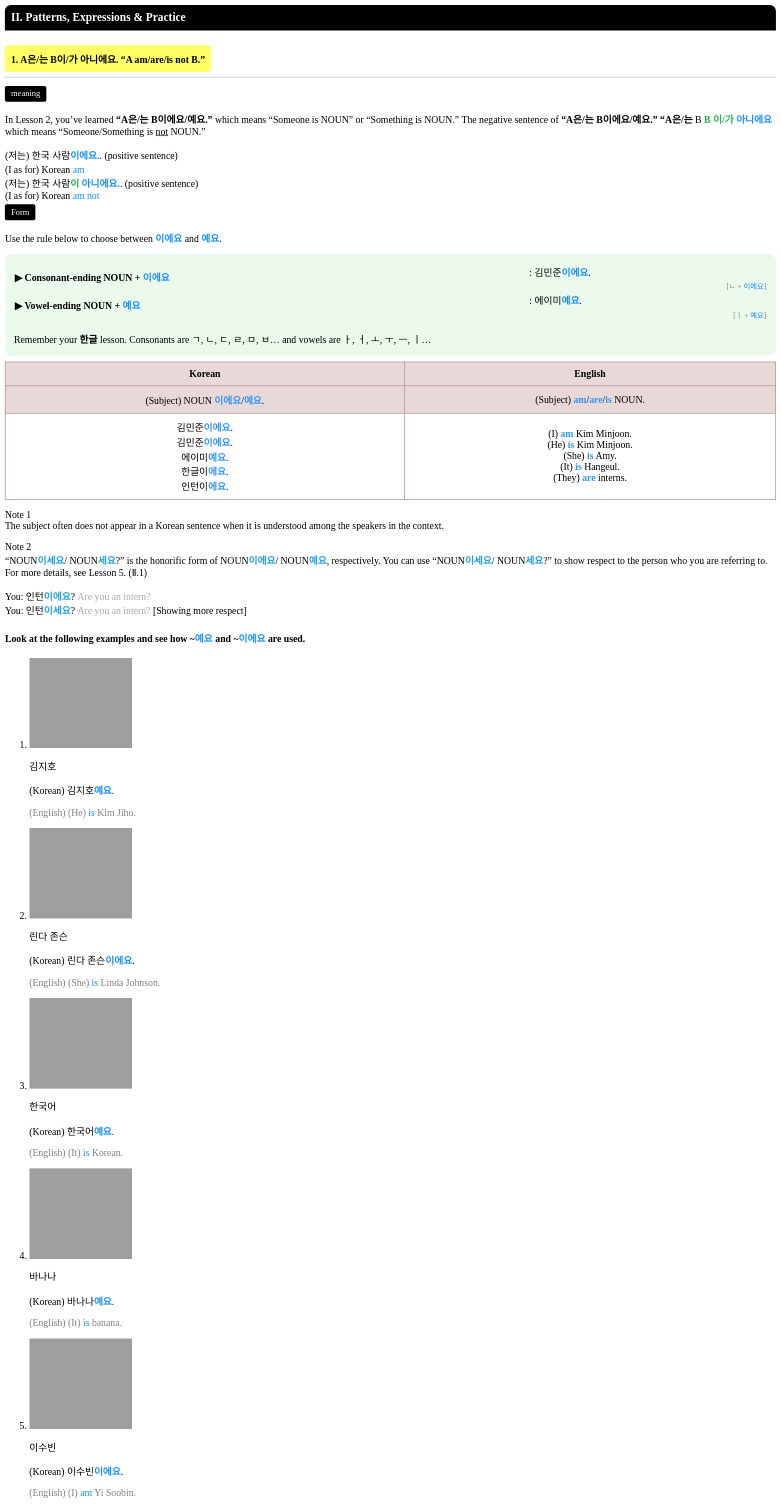
Repository: elliehong89/pineapple-content
Page: 1.anytimekorea/chap3/섹션6.html
An editor plug-in stored every save of this project. The page is shown before and after the next save, followed by the edit.
The browser window is 1280 px wide. The pictures show the whole page, at 61% of full size.
Pictures or frames that could not be fetched are drawn as grey boxes.

Above is the page before, as saved 2025-02-19 18:42:13.

After the next save:
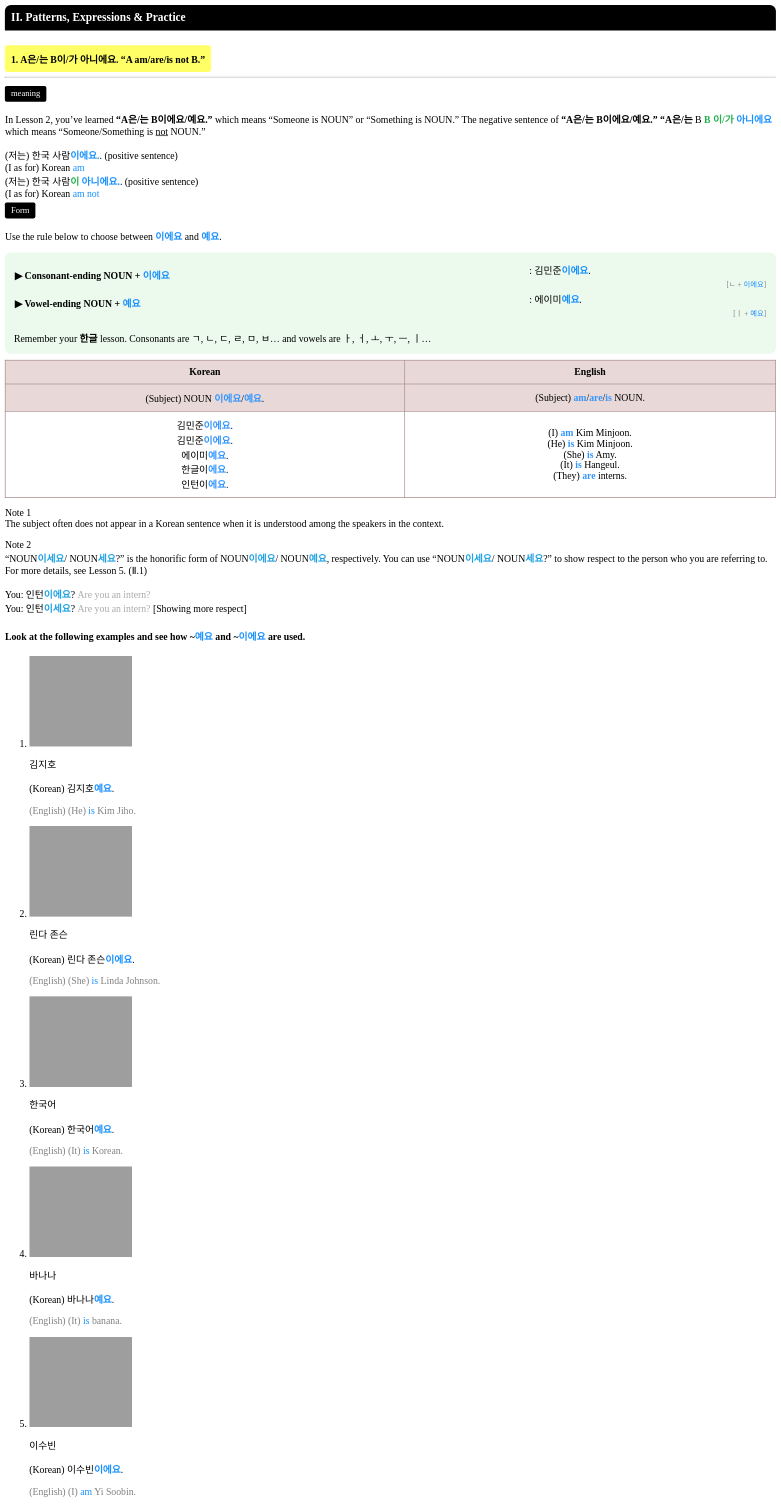
Saved 18 s later.
--- a/1.anytimekorea/chap3/섹션6.html
+++ b/1.anytimekorea/chap3/섹션6.html
@@ -18,7 +18,7 @@
     <span style="color: #1890FF; font-weight: bold;">아니에요</span>
     which means “Someone/Something is <span style="text-decoration: underline;">not</span> NOUN.”
 </p>
-<div style="display: flex; flex-direction: column; gap: 5px;">
+<div style="display: flex; flex-direction: column; gap: 2px;">
     <p style="margin: 0; padding: 0;">(저는) 한국 사람<span style="color: #1890FF; font-weight: bold;">이에요.</span>. (positive sentence)</p>
     <p style="margin: 0; padding: 0;">(I as for) Korean <span style="color:#1890FF;">am</span></p>
 </div>
